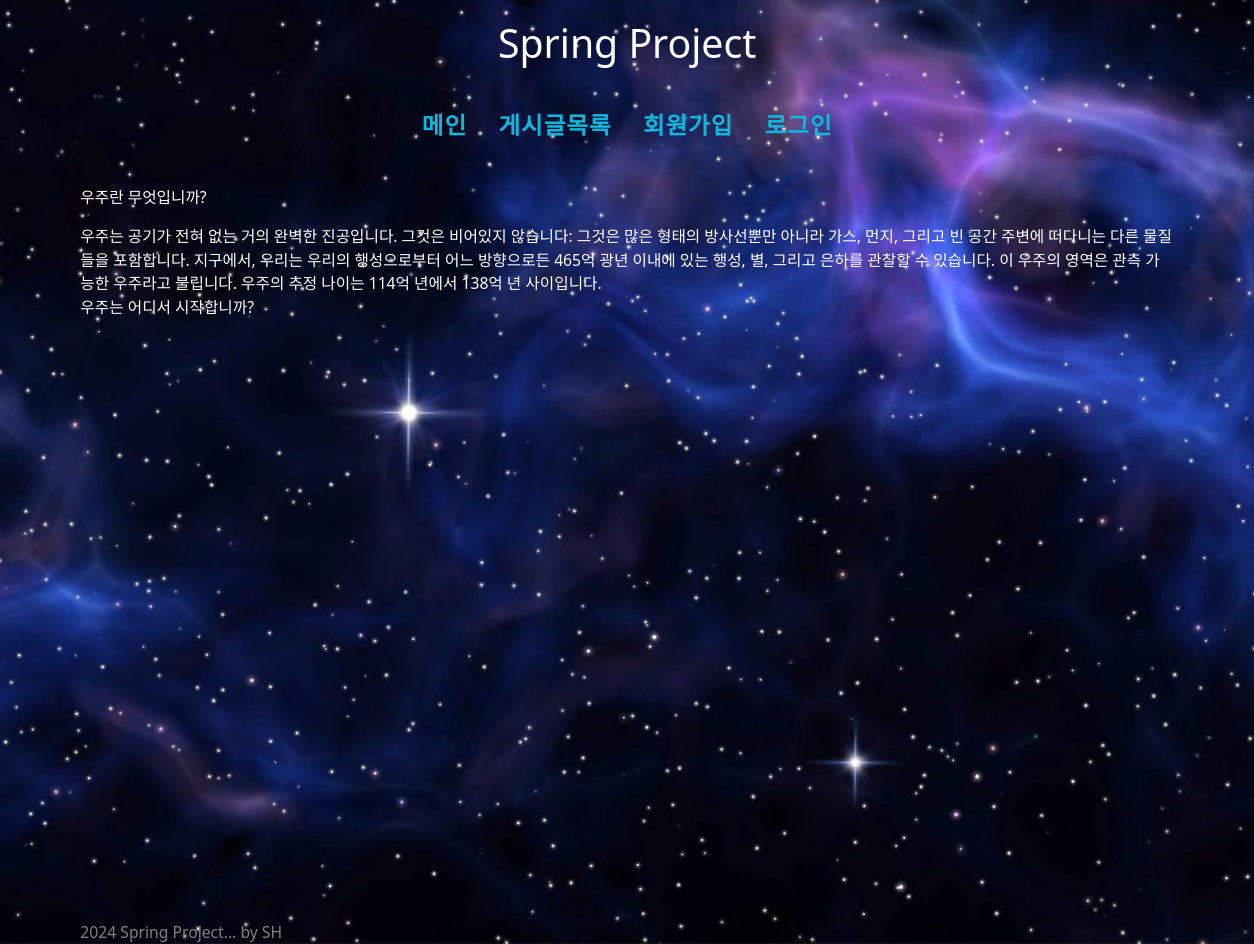
Repository: dtkd19/spring_personal_project
Page: http://localhost/myproject/WEB-INF/views/home.jsp
These files come from the project's save history. The page is drawn as it stood at one moment and after the next save; the edit follows.
The browser window is 1280 px wide. The pictures show the whole page, at 98% of full size.
The page is served by Tomcat 9. Nobody is signed in. Other server files are loaded and not shown. The template is opened directly, without the code that normally fills it, so the values that code supplies are empty.

Above is the page before, as saved 2024-11-08 08:16:10.

### myproject/src/main/webapp/WEB-INF/views/home.jsp
<%@ page language="java" contentType="text/html; charset=UTF-8"
    pageEncoding="UTF-8"%>
<%@ taglib uri="http://java.sun.com/jsp/jstl/core" prefix="c" %>
<%@ taglib uri="http://www.springframework.org/security/tags" prefix="sec" %>
<%@ page session="false" %>
<link href="../resources/css/main.css" rel="stylesheet"/>

<jsp:include page="layout/header.jsp"/>

<div class="container-md mainC">


<div class="cont">


</div>


<sec:authorize access="isAuthenticated()">
<sec:authentication property="principal.uvo.nickName" var="authNick"/>
<div class="startMsg">
<h1> ${authNick }님 어서오세요~ </h1>
<span>우주에 관하여 자유롭게 의견을 공유해봐요!!</span>
</div>
</sec:authorize>

<div class="mainMsg">
<p> 우주란 무엇입니까? </p>
<span>
우주는 공기가 전혀 없는 거의 완벽한 진공입니다. 그것은 비어있지 않습니다: 그것은 많은 형태의 방사선뿐만 아니라 가스, 먼지, 그리고 빈 공간 주변에 떠다니는 다른 물질들을 포함합니다.
지구에서, 우리는 우리의 행성으로부터 어느 방향으로든 465억 광년 이내에 있는 행성, 별, 그리고 은하를 관찰할 수 있습니다. 이 우주의 영역은 관측 가능한 우주라고 불립니다. 우주의 추정 나이는 114억 년에서 138억 년 사이입니다.
</span>
<p> 우주는 어디서 시작합니까? </p>

</div>


</div>






<script>
	let modify_msg = `<c:out value="${modify_msg}" />`;
	console.log(modify_msg);

	if(modify_msg == 'ok'){
		alert("회원정보가 수정되었습니다. 다시로그인해주세요.");
	}
	if(modify_msg == 'fail'){
		alert("회원정보수정이 실패되었습니다. 다시시도해주세요.");
	}

	let remove_msg = `<c:out value="${remove_msg}" />`;
	console.log(remove_msg);

	if(remove_msg == 'ok'){
		alert("회원 탈퇴가 완료되었습니다. 안녕히가세요.");
	}
	if(remove_msg == 'fail'){
		alert("회원탈퇴가 실패되었습니다. 다시시도해주세요.");
	}
</script>


<jsp:include page="layout/footer.jsp"/>

### myproject/src/main/webapp/WEB-INF/views/layout/header.jsp
<%@ page language="java" contentType="text/html; charset=UTF-8"
    pageEncoding="UTF-8"%><%@ taglib uri="http://java.sun.com/jsp/jstl/core" prefix="c"%>

 <%@ taglib uri="http://www.springframework.org/security/tags" prefix="sec" %>

<!DOCTYPE html>
<html>
<head>
<meta charset="UTF-8">
<title>header.jsp</title>
<link href="../resources/css/header.css" rel="stylesheet"/>
<link href="https://cdn.jsdelivr.net/npm/bootstrap@5.3.3/dist/css/bootstrap.min.css" rel="stylesheet" integrity="sha384-QWTKZyjpPEjISv5WaRU9OFeRpok6YctnYmDr5pNlyT2bRjXh0JMhjY6hW+ALEwIH" crossorigin="anonymous">
<script src="https://cdn.jsdelivr.net/npm/bootstrap@5.3.3/dist/js/bootstrap.bundle.min.js" integrity="sha384-YvpcrYf0tY3lHB60NNkmXc5s9fDVZLESaAA55NDzOxhy9GkcIdslK1eN7N6jIeHz" crossorigin="anonymous"></script>
</head>
<body style="background-color: #393939">

<h1 style="text-align: center;" class="pj">
	Spring Project
</h1>
<ul class="nav justify-content-center nbar">
  <li class="nav-item">
    <h4><a class="nav-link active" aria-current="page" href="/">메인</a></h4>
  </li>
  <li class="nav-item">
    <h4> <a class="nav-link" href="/board/list">게시글목록</a></h4>
  </li>
  <sec:authorize access="isAnonymous()">
  <li class="nav-item">
     <h4><a class="nav-link" href="/user/register">회원가입</a></h4>
  </li>
  <li class="nav-item">
    <h4> <a class="nav-link" href="/user/login">로그인</a></h4>
  </li>
  </sec:authorize>

  <sec:authorize access="isAuthenticated()">
  <sec:authentication property="principal.uvo.authList" var="auths"/>
	  <li class="nav-item">
		  <h4> <a class="nav-link" href="/board/register">글쓰기</a></h4>
	  </li>
	  <li class="nav-item">
		  <h4> <a class="nav-link" href="/user/mypage">내정보</a></h4>
	  </li>
	  <c:if test="${auths.stream().anyMatch(authVO -> authVO.auth.equals('ROLE_ADMIN')).get()}">
	    <li class="nav-item">
	       <h4> <a class="nav-link text-danger" href="/user/list">사용자목록</a></h4>
	    </li>
	  </c:if>
	  <li class="nav-item">
		   <h4><a class="nav-link" href="/user/logout">로그아웃</a></h4>
	  </li>
  </sec:authorize>
</ul>

</body>
</html>

### myproject/src/main/webapp/resources/css/main.css
@charset "UTF-8";

.mainC{
	height: 700px;
}

### myproject/src/main/webapp/resources/css/header.css
@charset "UTF-8";

body{
	background-image: url("../image/123123123.jpg");
    background-size: cover;
    background-position: center center;
    background-repeat: no-repeat;

.nbar{
	width : 100%;
	color: #ECF0F5;
}

.nbar a{
	  color: #0DB8DE;
	  text-decoration: none;
	  font-weight: bold;
	  letter-spacing: 1px;
	  transition: color 0.3s ease;
	  margin-top: 10px;
}
.nbar a:hover {
    color: #0098C;
}

.container-md{
	margin-top: 30px;
	color: white;
}

.pj{
	padding: 20px;
	color: white;
}

Loaded but not shown: myproject/src/main/webapp/WEB-INF/views/layout/footer.jsp (common file)

After the next save:
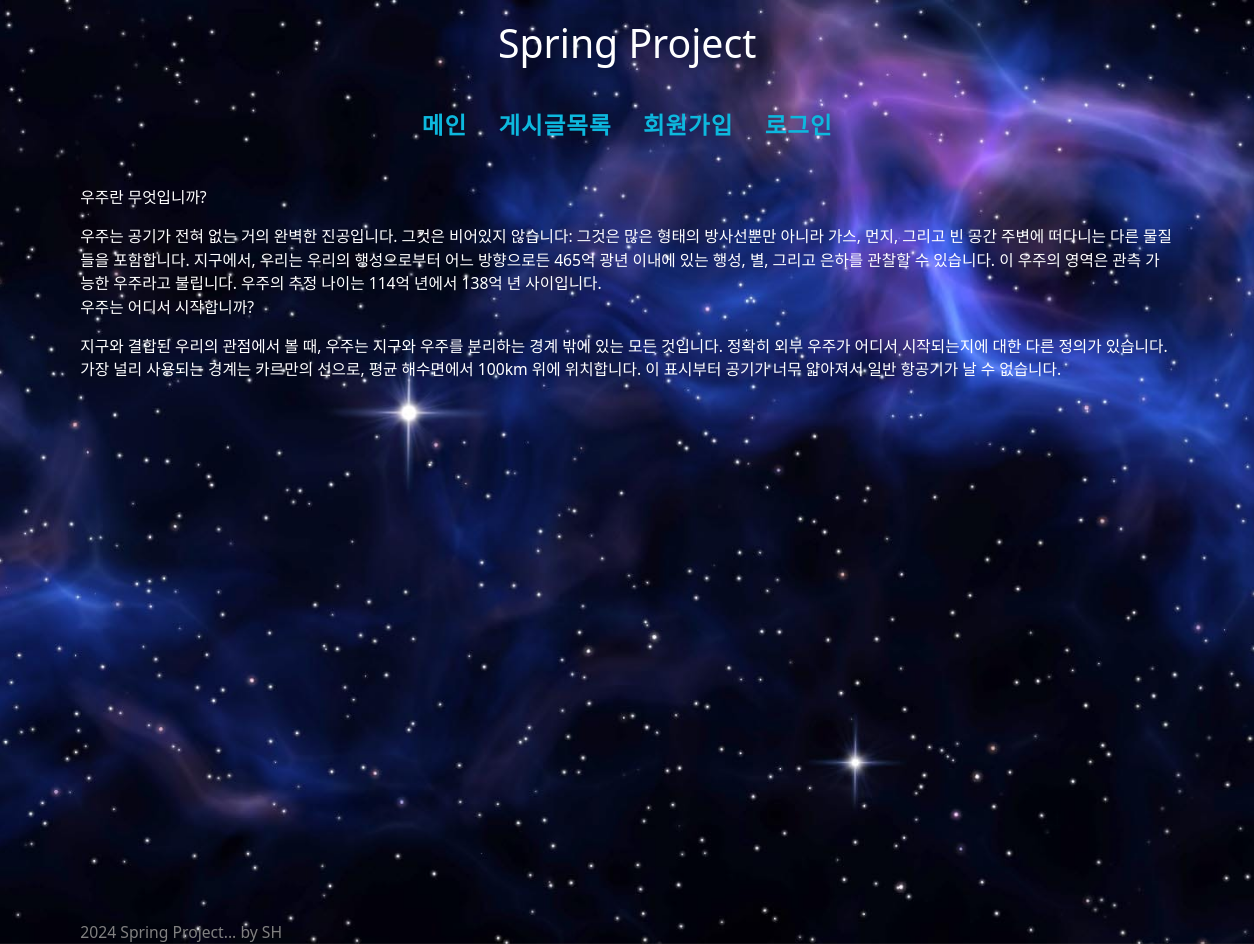
Saved 24 s later.
--- a/myproject/src/main/webapp/WEB-INF/views/home.jsp
+++ b/myproject/src/main/webapp/WEB-INF/views/home.jsp
@@ -31,6 +31,10 @@
 지구에서, 우리는 우리의 행성으로부터 어느 방향으로든 465억 광년 이내에 있는 행성, 별, 그리고 은하를 관찰할 수 있습니다. 이 우주의 영역은 관측 가능한 우주라고 불립니다. 우주의 추정 나이는 114억 년에서 138억 년 사이입니다.
 </span>
 <p> 우주는 어디서 시작합니까? </p>
+<span>
+지구와 결합된 우리의 관점에서 볼 때, 우주는 지구와 우주를 분리하는 경계 밖에 있는 모든 것입니다.
+정확히 외부 우주가 어디서 시작되는지에 대한 다른 정의가 있습니다. 가장 널리 사용되는 경계는 카르만의 선으로, 평균 해수면에서 100km 위에 위치합니다. 이 표시부터 공기가 너무 얇아져서 일반 항공기가 날 수 없습니다.
+</span>
 
 </div>
 
